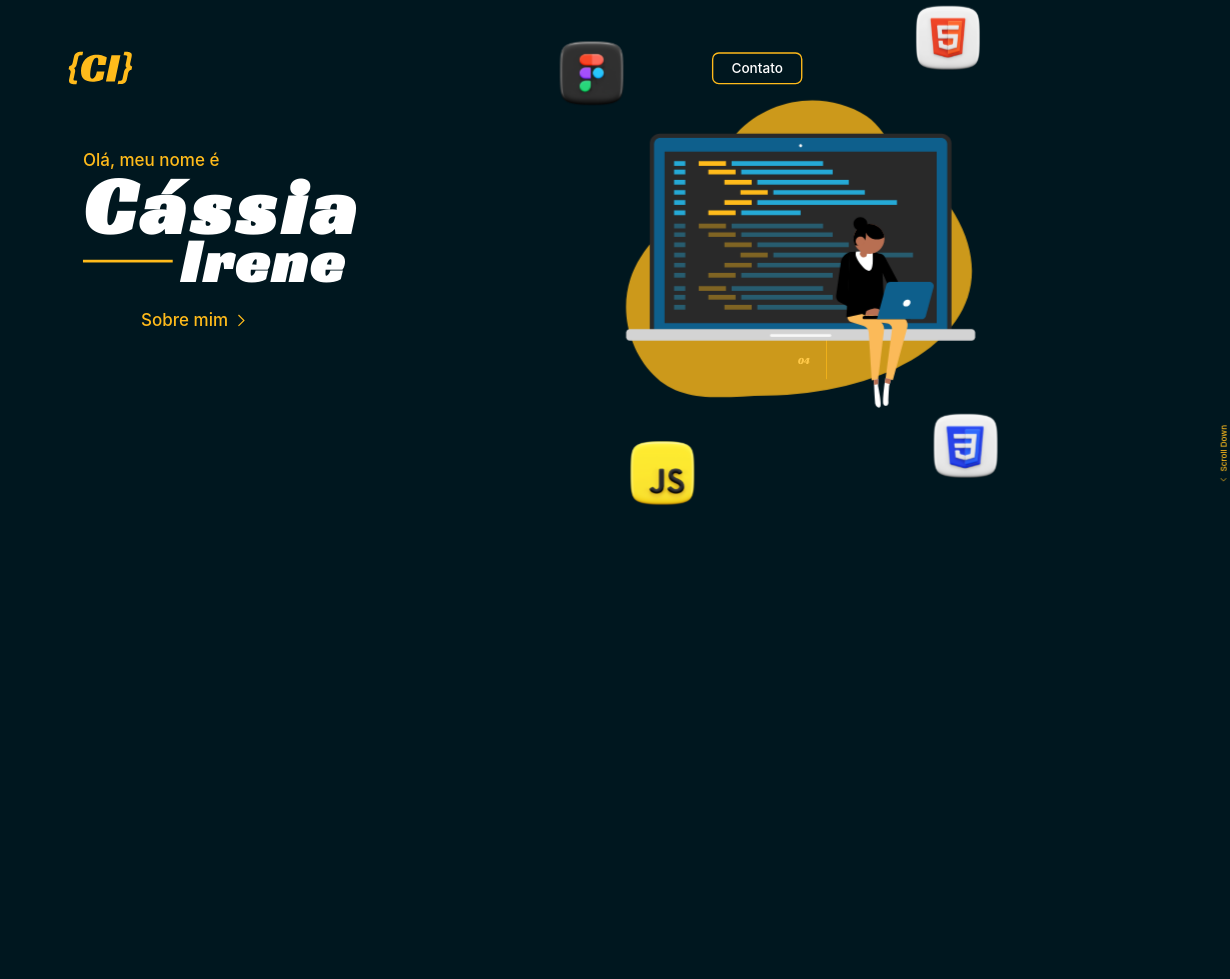
Repository: Cassia-Irene/My-Portfolio
Page: /
These files come from the project's save history. The page is drawn as it stood at one moment and after a run of saves; the edit follows.
The browser window is 1280 px wide. The page is 1809 px wide, so the pictures cover 1809 px, including what lies to the right of the window. The pictures show the whole page, at 68% of full size.
The project was rebuilt for these pictures with package versions that can differ from the ones it lists, and the page was loaded fresh each time. Also part of the build but not shown: vite.config.ts.

Above is the page before, as saved 2025-08-03 21:55:06.

After the next 2 saves:
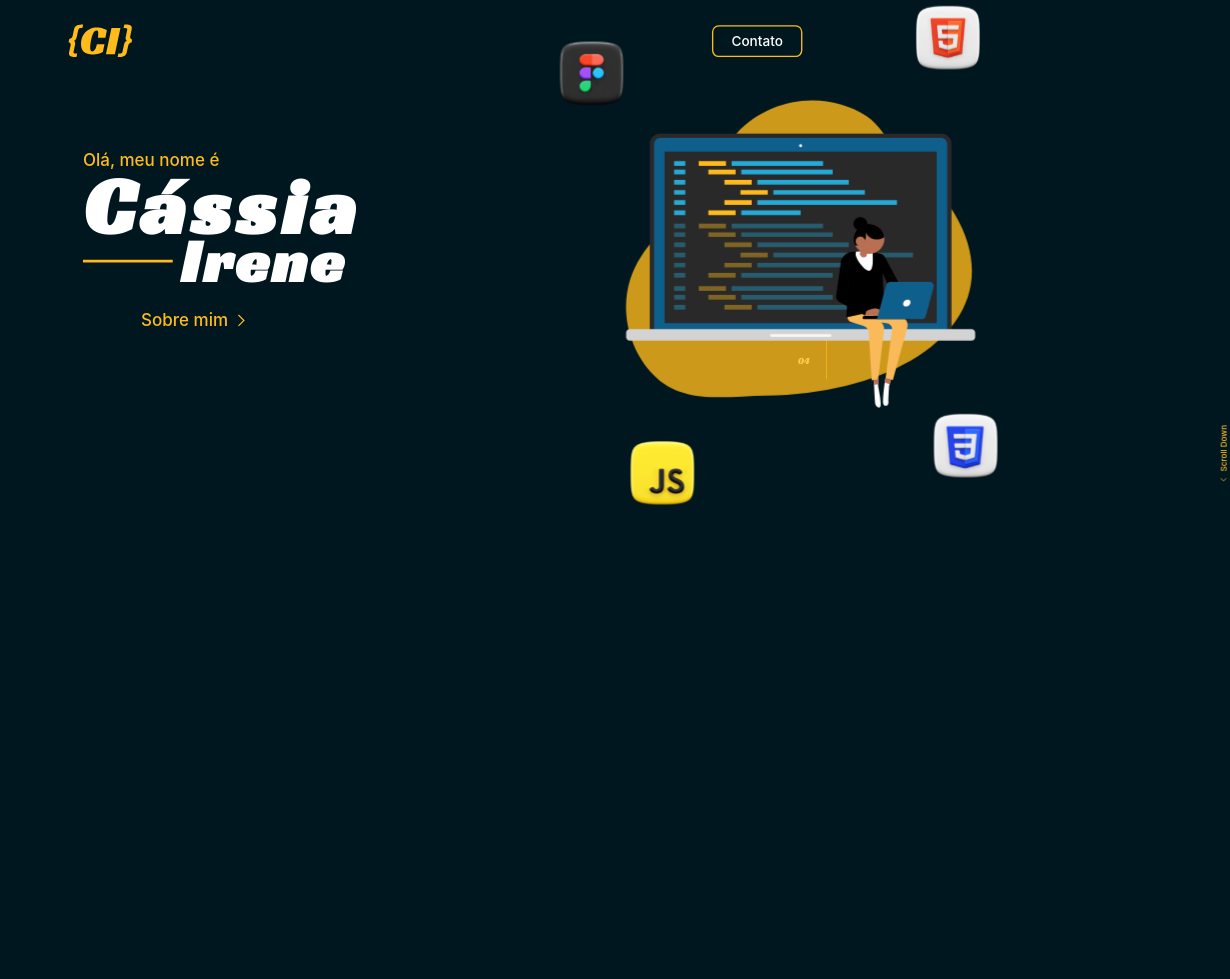
The 2 saves are shown as one change because they came seconds apart.
The last was saved 7 s later.
--- a/src/Header.tsx
+++ b/src/Header.tsx
@@ -7,7 +7,7 @@ const HeaderContainer = styled.header<{ isScrolled: boolean }>`
     display: flex;
     justify-content: space-between;
     align-items: center;
-    padding: 100px 100px;
+    padding: 60px 100px;
     z-index: 1000;
     height: 100px;
     background-color: ${({ isScrolled }) => (isScrolled ? "#00171F" : "transparent")};
